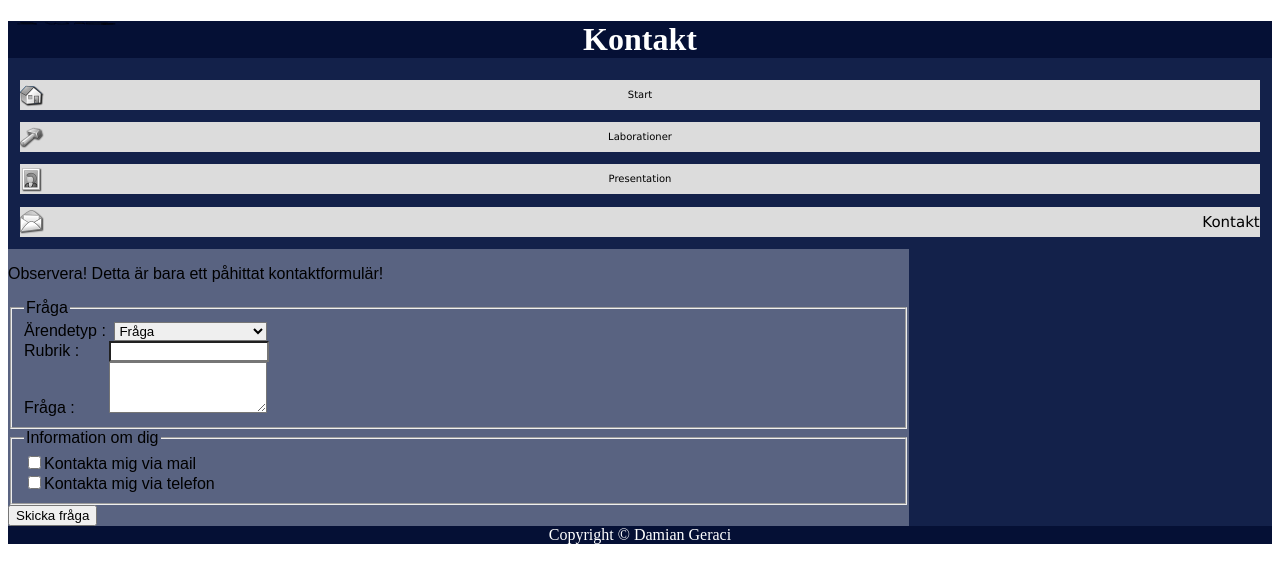
Repository: dg222dm/1ik415-laborationer
Page: pages/kontakt.html
The author's editor kept a record of every edit. The page is drawn from the files as they stood at one moment, then again after the next edit.
The browser window is 1280 px wide. The pictures show the whole page.

Above is the page before.

After the next edit:
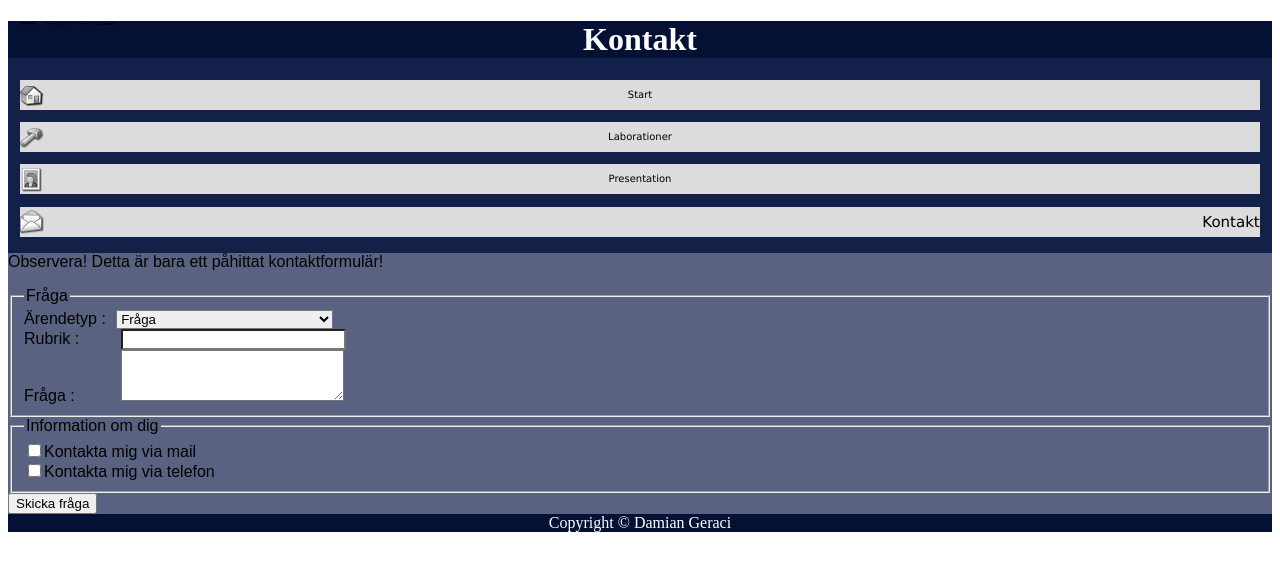
The edit:
--- a/css/mobile.css
+++ b/css/mobile.css
@@ -94,8 +94,8 @@
 }
 
 #content {
-  width: 71.28%;
-  float:left;
+  width: 100%;
+  float:none;
   background-color:#596381;
   height: auto;
   font-family: sans-serif;
